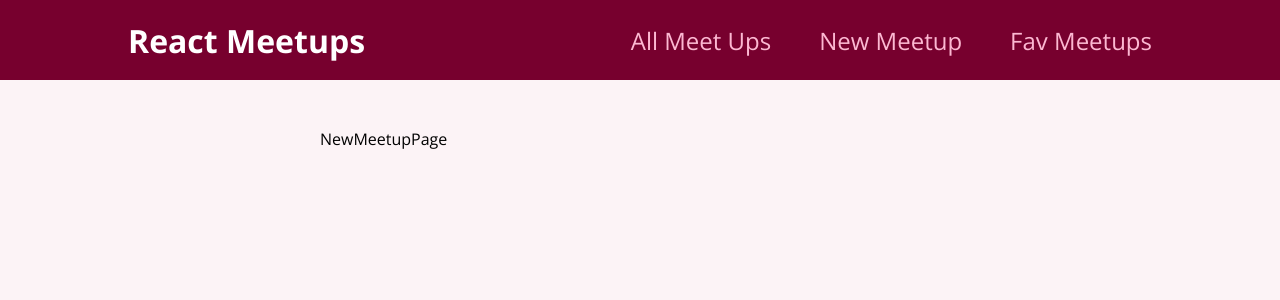
Repository: portretrieve/react-meetup-app
Page: /meet
These files come from the project's save history. The page is drawn as it stood at one moment and after the next save; the edit follows.
The browser window is 1280 px wide. The pictures show the whole page.
The project was rebuilt for these pictures with package versions that can differ from the ones it lists, and the page was loaded fresh each time. A package was used in the major version that the imports need, not the one package.json lists. Also part of the build but not shown: src/components/meetups/MeetupList.module.css, src/components/meetups/Meetupitem.module.css, src/components/userInterface/Card.module.css, src/components/userInterface/Card.js, src/components/meetups/MeetupItem.js, src/components/meetups/MeetupList.js, src/pages/AllMeetups.js, src/pages/Favourites.js and 1 more.

Above is the page before, as saved 2021-08-19 01:00:50.

After the next save:
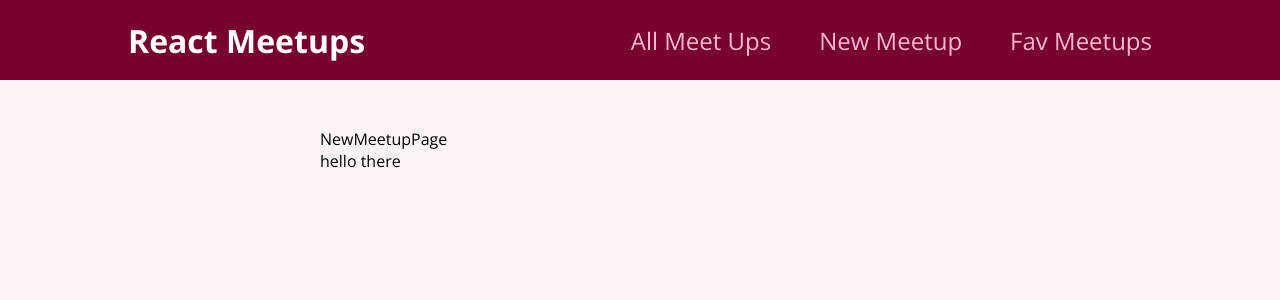
Saved 11 s later.
--- a/src/pages/NewMeetup.js
+++ b/src/pages/NewMeetup.js
@@ -1,7 +1,12 @@
 import NewMeetupForm from "../components/meetups/NewMeetupForm";
 
 function NewMeetupPage() {
-  return <div>NewMeetupPage</div>;
+  return (
+    <div>
+      NewMeetupPage
+      <NewMeetupForm />
+    </div>
+  );
 }
 
 export default NewMeetupPage;
